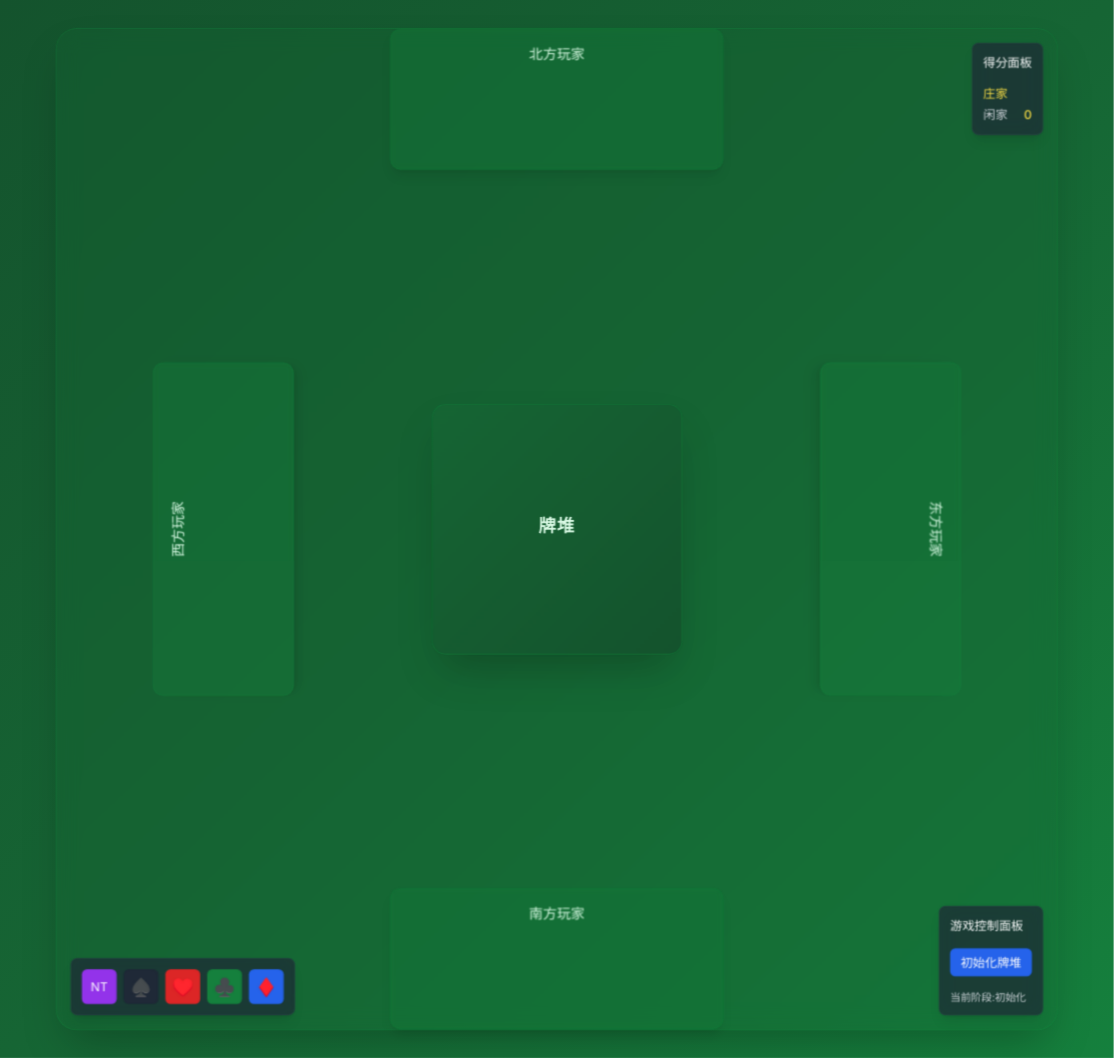
Repository: laofansay/Tractor80
Page: /
These files come from the project's save history. The page is drawn as it stood at one moment and after the next save; the edit follows.
The browser window is 1280 px wide. The pictures show the whole page, at 87% of full size.
The project was rebuilt for these pictures with package versions that can differ from the ones it lists, and the page was loaded fresh each time. The framework's server and built-in components were replaced by stand-ins that run in the browser. Also part of the build but not shown: next.config.js, app/components/Card.tsx.

Above is the page before, as saved 2025-03-08 23:54:25.

### app/layout.tsx
import type { Metadata } from 'next'
import { Inter } from 'next/font/google'
import './globals.css'

const inter = Inter({ subsets: ['latin'] })

export const metadata: Metadata = {
  title: 'Card Game',
  description: 'A Next.js Card Game Application',
}

export default function RootLayout({
  children,
}: {
  children: React.ReactNode
}) {
  return (
    <html lang="en">
      <body className={inter.className}>{children}</body>
    </html>
  )
}

### app/globals.css
@tailwind base;
@tailwind components;
@tailwind utilities;

:root {
  --foreground-rgb: 0, 0, 0;
  --background-start-rgb: 214, 219, 220;
  --background-end-rgb: 255, 255, 255;
}

@media (prefers-color-scheme: dark) {
  :root {
    --foreground-rgb: 255, 255, 255;
    --background-start-rgb: 0, 0, 0;
    --background-end-rgb: 0, 0, 0;
  }
}

body {
  color: rgb(var(--foreground-rgb));
  background: linear-gradient(
    to bottom,
    transparent,
    rgb(var(--background-end-rgb))
  )
  rgb(var(--background-start-rgb));
}

### app/components/AdminPanel.tsx
'use client';

import { useState } from 'react';
import { Card } from './Card';

type GamePhase = 'initial' | 'dealing' | 'trumpSelection' | 'pickBottomCards' | 'bottomCards' | 'playing';
type Position = 'north' | 'east' | 'south' | 'west';

type AdminPanelProps = {
    onInitialize: () => void;
    onDeal: () => void;
    onPickBottomCards: () => void;
    onBottomCards: () => void;
    onStartPlaying: () => void;
    gamePhase: GamePhase;
    deckLength: number;
    bottomCardsLength: number;
    lastRound?: Record<Position, string[]>;
    roundCount?: number;
};

export function AdminPanel({
    onInitialize,
    onDeal,
    onPickBottomCards,
    onBottomCards,
    onStartPlaying,
    gamePhase,
    deckLength,
    bottomCardsLength,
    lastRound = { north: [], east: [], south: [], west: [] },
    roundCount = 0
}: AdminPanelProps) {

    return (
        <div className="absolute bottom-4 right-4 p-3 bg-gray-800/70 rounded-lg backdrop-blur-md border border-gray-700/50 shadow-lg">
            <div className="flex flex-col gap-2">
                <div className="text-white text-sm mb-2 font-medium">游戏控制面板</div>

                {(gamePhase === 'initial' || gamePhase === 'playing') && (
                    <button
                        onClick={onInitialize}
                        className="px-3 py-1.5 bg-blue-600 hover:bg-blue-500 text-white rounded-md transition-colors text-sm"
                    >
                        {gamePhase === 'playing' ? '重新开始' : '初始化牌堆'}
                    </button>
                )}

                {gamePhase === 'initial' && deckLength > 0 && (
                    <button
                        onClick={onDeal}
                        className="px-3 py-1.5 bg-green-600 hover:bg-green-500 text-white rounded-md transition-colors text-sm"
                    >
                        开始发牌
                    </button>
                )}

                {gamePhase === 'pickBottomCards' && (
                    <button
                        onClick={onPickBottomCards}
                        className="px-3 py-1.5 bg-yellow-600 hover:bg-yellow-500 text-white rounded-md transition-colors text-sm"
                    >
                        庄家拾底
                    </button>
                )}

                {gamePhase === 'bottomCards' && (
                    <button
                        onClick={onBottomCards}
                        className="px-3 py-1.5 bg-yellow-600 hover:bg-yellow-500 text-white rounded-md transition-colors text-sm"
                    >
                        庄家扣底
                    </button>
                )}

                {gamePhase === 'bottomCards' && (
                    <button
                        onClick={onStartPlaying}
                        className="px-3 py-1.5 bg-red-600 hover:bg-red-500 text-white rounded-md transition-colors text-sm"
                    >
                        开始出牌
                    </button>
                )}

                <div className="text-gray-300 text-xs mt-2">
                    当前阶段:
                    {gamePhase === 'initial' && '初始化'}
                    {gamePhase === 'dealing' && '发牌中'}
                    {gamePhase === 'trumpSelection' && '亮主阶段'}
                    {gamePhase === 'pickBottomCards' && '庄家拾底'}
                    {gamePhase === 'bottomCards' && '庄家扣底'}
                    {gamePhase === 'playing' && '出牌阶段'}
                </div>
            </div>
        </div>
    );
}

### app/components/SoundEffect.tsx
'use client';

import { audioManager } from './AudioManager';

export class SoundEffect {
    static #instance;

    constructor() {
        // 私有构造函数，确保单例模式
    }

    public static getInstance(): SoundEffect {
        if (!SoundEffect.#instance) {
            SoundEffect.#instance = new SoundEffect();
        }
        return SoundEffect.#instance;
    }

    /**
     * 预加载音效
     * @param soundId 音效ID
     * @param soundPath 音效文件路径
     * @param fallbackSoundPath 备用音效路径（可选）
     */
    public preloadSound(soundId: string, soundPath: string, fallbackSoundPath?: string): void {
        if (typeof window === 'undefined') return; // 服务器端不执行

        // 使用AudioManager来处理音频加载
        audioManager.preloadSound(soundId, soundPath, fallbackSoundPath);
    }

    /**
     * 播放音效
     * @param soundId 音效ID
     * @returns 是否成功播放
     */
    public playSound(soundId: string): boolean {
        if (typeof window === 'undefined') return false; // 服务器端不执行

        // 使用AudioManager来处理音频播放
        return audioManager.playSound(soundId);
    }

    /**
     * 停止播放音效
     * @param soundId 音效ID
     */
    public stopSound(soundId: string): void {
        if (typeof window === 'undefined') return; // 服务器端不执行

        // 使用AudioManager来处理音频停止
        audioManager.stopSound(soundId);
    }

    /**
     * 检查音效是否已加载并可以播放
     * @param soundId 音效ID
     * @returns 是否可以播放
     */
    public canPlaySound(soundId: string): boolean {
        if (typeof window === 'undefined') return false; // 服务器端不执行

        // 使用AudioManager来检查音频是否可以播放
        return audioManager.canPlaySound(soundId);
    }

    /**
     * 启用或禁用所有音效
     * @param enabled 是否启用音效
     */
    public setAudioEnabled(enabled: boolean): void {
        audioManager.setAudioEnabled(enabled);
    }

    /**
     * 获取音效是否启用
     * @returns 音效是否启用
     */
    public isAudioEnabled(): boolean {
        return audioManager.isAudioEnabled();
    }
}

// 导出单例实例
export const soundEffect = SoundEffect.getInstance();

### app/components/ScorePanel.tsx
import React from 'react';

interface ScorePanelProps {
  scores: {
    north: number;
    east: number;
    south: number;
    west: number;
  };
  dealerPosition: Position;
}

type Position = 'north' | 'east' | 'south' | 'west';

export function ScorePanel({ scores, dealerPosition }: ScorePanelProps) {
  // 计算庄家和闲家的总分
  const dealerScore = scores[dealerPosition];
  const nonDealerScore = Object.entries(scores)
    .filter(([position]) => position !== dealerPosition)
    .reduce((total, [_, score]) => total + score, 0);

  return (
    <div className="absolute top-4 right-4 p-3 bg-gray-800/70 rounded-lg backdrop-blur-md border border-gray-700/50 shadow-lg">
      <div className="flex flex-col gap-2">
        <div className="text-white text-sm mb-2 font-medium">得分面板</div>
        <div className="space-y-1">
          <div className="flex justify-between text-sm">
            <span className="text-yellow-300">庄家</span>
            <span className="text-yellow-300 font-medium ml-4">{dealerScore}</span>
          </div>
          <div className="flex justify-between text-sm">
            <span className="text-gray-300">闲家</span>
            <span className="text-yellow-300 font-medium ml-4">{nonDealerScore}</span>
          </div>
        </div>
      </div>
    </div>
  );
}

### app/components/TrumpSelectionPanel.tsx
'use client';

import React from 'react';

type TrumpSelectionPanelProps = {
  onSelectTrump: (trumpSuit: string | null) => void;
  gamePhase: string;
};

export function TrumpSelectionPanel({ onSelectTrump, gamePhase }: TrumpSelectionPanelProps) {
  // 只在亮主阶段显示
  if (gamePhase !== 'trumpSelection') {
    //return null;
  }

  return (
    <div className="absolute bottom-4 left-4 p-3 bg-gray-800/70 rounded-lg backdrop-blur-md border border-gray-700/50 shadow-lg">
      <div className="flex flex-row gap-2">
        <button
          onClick={() => onSelectTrump(null)}
          className="w-10 h-10 bg-purple-600 hover:bg-purple-500 text-white rounded-md transition-colors text-sm flex items-center justify-center"
          title="无主"
        >
          NT
        </button>
        <button
          onClick={() => onSelectTrump('S')}
          className="w-10 h-10 bg-gray-800 hover:bg-gray-700 text-white rounded-md transition-colors text-xl flex items-center justify-center"
          title="黑桃"
        >
          ♠️
        </button>
        <button
          onClick={() => onSelectTrump('H')}
          className="w-10 h-10 bg-red-600 hover:bg-red-500 text-white rounded-md transition-colors text-xl flex items-center justify-center"
          title="红桃"
        >
          ♥️
        </button>
        <button
          onClick={() => onSelectTrump('C')}
          className="w-10 h-10 bg-green-700 hover:bg-green-600 text-white rounded-md transition-colors text-xl flex items-center justify-center"
          title="梅花"
        >
          ♣️
        </button>
        <button
          onClick={() => onSelectTrump('D')}
          className="w-10 h-10 bg-blue-600 hover:bg-blue-500 text-white rounded-md transition-colors text-xl flex items-center justify-center"
          title="方块"
        >
          ♦️
        </button>
      </div>
    </div>
  );
}

### app/components/AudioManager.tsx
'use client';

/**
 * 音频管理器类
 * 提供音效加载、播放和错误处理功能
 */
export class AudioManager {
  private static instance: AudioManager;
  private audioElements: Map<string, HTMLAudioElement> = new Map();
  private fallbackMode: boolean = false;
  private audioEnabled: boolean = true;

  private constructor() {
    // 私有构造函数，确保单例模式
    this.checkAudioSupport();
  }

  public static getInstance(): AudioManager {
    if (!AudioManager.instance) {
      AudioManager.instance = new AudioManager();
    }
    return AudioManager.instance;
  }

  /**
   * 检查浏览器是否支持音频
   */
  private checkAudioSupport(): void {
    if (typeof window === 'undefined') return;

    try {
      const audio = new Audio();
      this.audioEnabled = !!audio && typeof audio.play === 'function';
      if (!this.audioEnabled) {
        console.warn('当前环境不支持音频播放');
      }
    } catch (error) {
      console.error('检查音频支持时出错:', error);
      this.audioEnabled = false;
    }
  }

  /**
   * 预加载音效
   * @param soundId 音效ID
   * @param soundPath 音效文件路径
   * @param fallbackSoundPath 备用音效路径（可选）
   */
  public preloadSound(soundId: string, soundPath: string, fallbackSoundPath?: string): void {
    if (typeof window === 'undefined' || !this.audioEnabled) return;

    if (!this.audioElements.has(soundId)) {
      try {
        // 确保路径正确，添加基础URL前缀
        const fullPath = soundPath.startsWith('/') ? soundPath : `/${soundPath}`;
        const baseUrl = window.location.origin;
        const absolutePath = new URL(fullPath, baseUrl).toString();

        const audio = new Audio();
        audio.preload = 'auto';

        // 添加加载错误处理
        audio.addEventListener('error', (e) => {
          const errorDetails = {
            code: audio.error?.code,
            message: audio.error?.message,
            path: absolutePath
          };
          console.error(`音效 ${soundId} 加载失败:`, errorDetails);

          // 尝试加载备用音效
          if (fallbackSoundPath && !this.fallbackMode) {
            console.log(`尝试加载备用音效: ${fallbackSoundPath}`);
            this.fallbackMode = true;
            this.preloadSound(soundId, fallbackSoundPath);
          }
        });

        // 添加加载成功处理
        audio.addEventListener('canplaythrough', () => {
          console.log(`音效 ${soundId} 加载成功，可以播放`);
        });

        // 设置音频源
        audio.src = absolutePath;

        this.audioElements.set(soundId, audio);
      } catch (error) {
        console.error(`音效 ${soundId} 初始化失败:`, error);
      }
    }
  }

  /**
   * 播放音效
   * @param soundId 音效ID
   * @returns 是否成功播放
   */
  public playSound(soundId: string): boolean {
    if (typeof window === 'undefined' || !this.audioEnabled) return false;

    const audio = this.audioElements.get(soundId);
    if (audio) {
      // 检查音频是否已加载并可以播放
      if (audio.error) {
        console.error(`音效 ${soundId} 无法播放，加载失败:`, audio.error);
        return false;
      }

      // 检查音频是否已经加载足够的数据可以播放
      if (audio.readyState < 2) { // HAVE_CURRENT_DATA or higher
        console.warn(`音效 ${soundId} 尚未加载完成，无法播放`);
        return false;
      }

      try {
        // 重置音频以便重复播放
        audio.currentTime = 0;
        const playPromise = audio.play();

        if (playPromise !== undefined) {
          playPromise.catch(error => {
            console.error(`播放音效 ${soundId} 失败:`, error);
          });
        }
        return true;
      } catch (error) {
        console.error(`播放音效 ${soundId} 时出错:`, error);
        return false;
      }
    } else {
      console.warn(`音效 ${soundId} 未预加载`);
      return false;
    }
  }

  /**
   * 停止播放音效
   * @param soundId 音效ID
   */
  public stopSound(soundId: string): void {
    if (typeof window === 'undefined' || !this.audioEnabled) return;

    const audio = this.audioElements.get(soundId);
    if (audio) {
      try {
        audio.pause();
        audio.currentTime = 0;
      } catch (error) {
        console.error(`停止音效 ${soundId} 时出错:`, error);
      }
    }
  }

  /**
   * 检查音效是否已加载并可以播放
   * @param soundId 音效ID
   * @returns 是否可以播放
   */
  public canPlaySound(soundId: string): boolean {
    if (typeof window === 'undefined' || !this.audioEnabled) return false;

    const audio = this.audioElements.get(soundId);
    if (!audio) return false;

    // 检查音频元素是否有错误
    if (audio.error) return false;

    // 检查音频是否已经加载足够的数据可以播放
    return audio.readyState >= 2; // HAVE_CURRENT_DATA or higher
  }

  /**
   * 启用或禁用所有音效
   * @param enabled 是否启用音效
   */
  public setAudioEnabled(enabled: boolean): void {
    this.audioEnabled = enabled;
  }

  /**
   * 获取音效是否启用
   * @returns 音效是否启用
   */
  public isAudioEnabled(): boolean {
    return this.audioEnabled;
  }

  /**
   * 创建一个简单的音效（用于在无法加载外部音效时使用）
   * @param frequency 频率（赫兹）
   * @param duration 持续时间（毫秒）
   * @param volume 音量（0-1）
   * @returns 音频元素
   */
  public createToneSound(frequency: number = 440, duration: number = 200, volume: number = 0.5): HTMLAudioElement | null {
    if (typeof window === 'undefined' || !this.audioEnabled) return null;

    try {
      // 检查是否支持Web Audio API
      if (!window.AudioContext && !(window as any).webkitAudioContext) {
        console.warn('当前浏览器不支持Web Audio API');
        return null;
      }

      const AudioContext = window.AudioContext || (window as any).webkitAudioContext;
      const audioCtx = new AudioContext();

      // 创建振荡器
      const oscillator = audioCtx.createOscillator();
      oscillator.type = 'sine';
      oscillator.frequency.setValueAtTime(frequency, audioCtx.currentTime);

      // 创建音量控制
      const gainNode = audioCtx.createGain();
      gainNode.gain.setValueAtTime(volume, audioCtx.currentTime);

      // 连接节点
      oscillator.connect(gainNode);
      gainNode.connect(audioCtx.destination);

      // 创建音频元素
      const audio = new Audio();

      // 开始振荡
      oscillator.start();

      // 设置定时器停止振荡
      setTimeout(() => {
        oscillator.stop();
        audioCtx.close();
      }, duration);

      return audio;
    } catch (error) {
      console.error('创建音效失败:', error);
      return null;
    }
  }
}

// 导出单例实例
export const audioManager = AudioManager.getInstance();

Loaded but not shown: tailwind.config.js (19 lines, source omitted); app/page.tsx (581 lines, source omitted); app/components/CardArea.tsx (205 lines, source omitted)

After the next save:
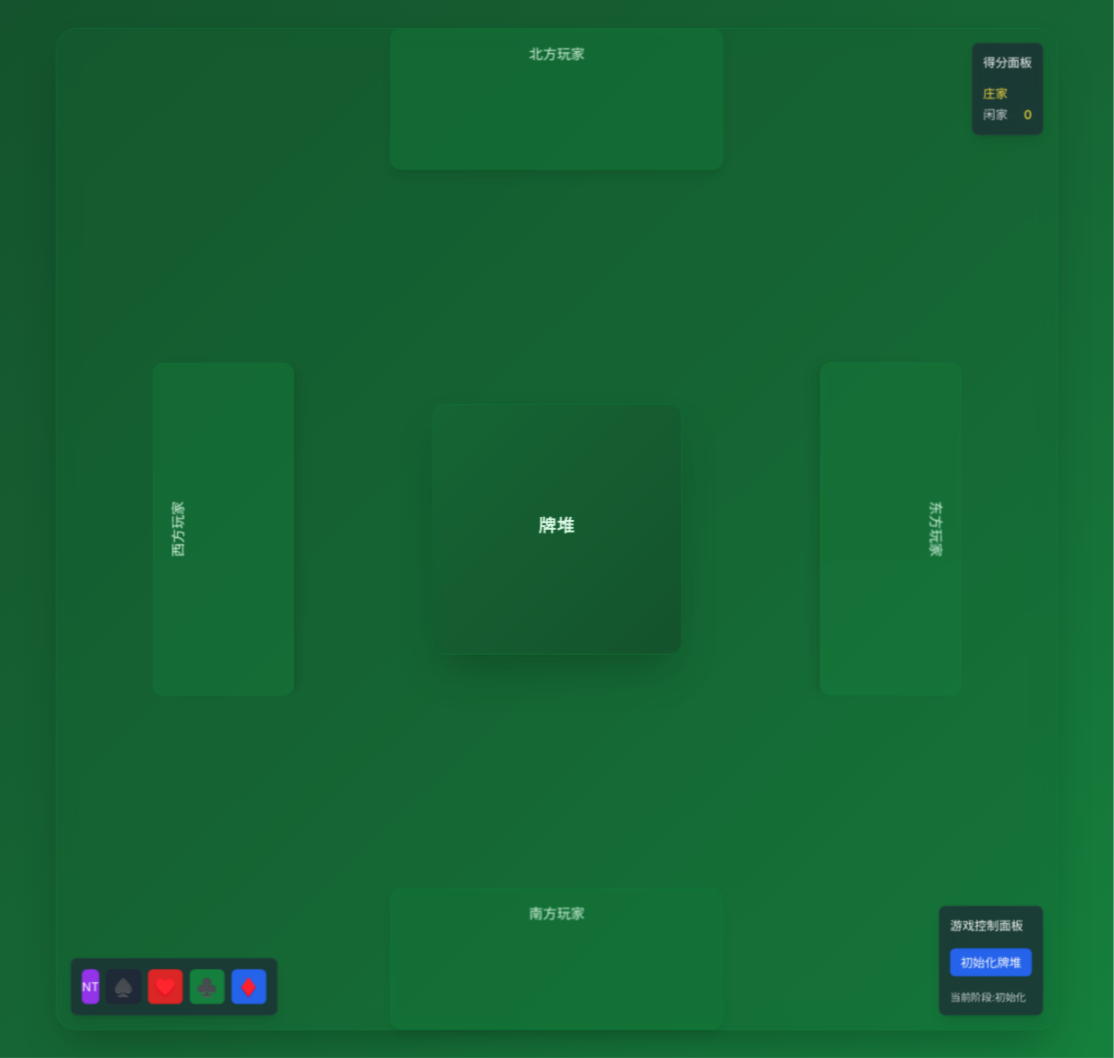
Saved 63 s later.
--- a/app/components/TrumpSelectionPanel.tsx
+++ b/app/components/TrumpSelectionPanel.tsx
@@ -18,7 +18,7 @@
       <div className="flex flex-row gap-2">
         <button
           onClick={() => onSelectTrump(null)}
-          className="w-10 h-10 bg-purple-600 hover:bg-purple-500 text-white rounded-md transition-colors text-sm flex items-center justify-center"
+          className="w-30 h-30 bg-purple-600 hover:bg-purple-500 text-white rounded-md transition-colors text-sm flex items-center justify-center"
           title="无主"
         >
           NT

After the save that followed:
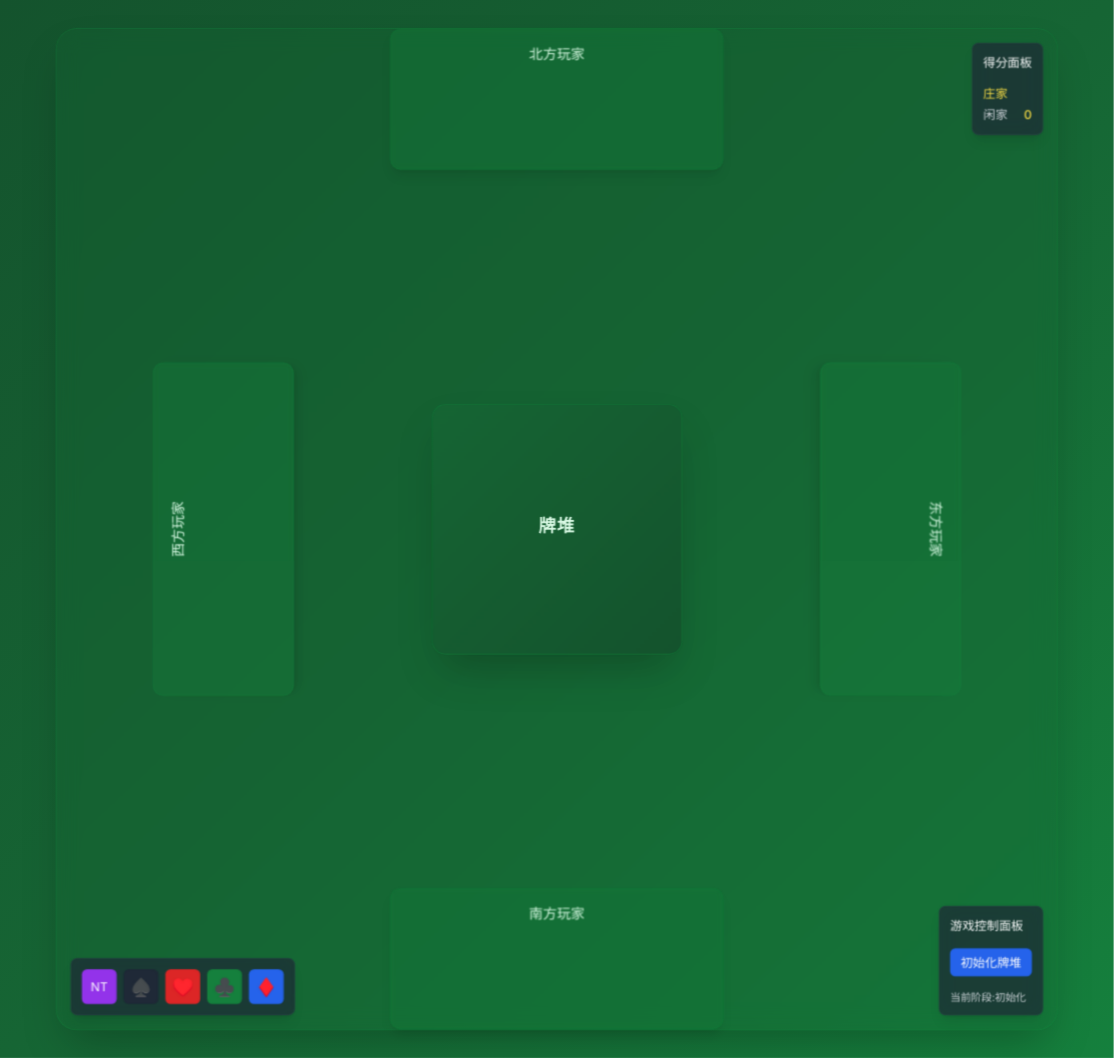
Saved 12 s later.
--- a/app/components/TrumpSelectionPanel.tsx
+++ b/app/components/TrumpSelectionPanel.tsx
@@ -18,7 +18,7 @@
       <div className="flex flex-row gap-2">
         <button
           onClick={() => onSelectTrump(null)}
-          className="w-30 h-30 bg-purple-600 hover:bg-purple-500 text-white rounded-md transition-colors text-sm flex items-center justify-center"
+          className="w-10 h-10 bg-purple-600 hover:bg-purple-500 text-white rounded-md transition-colors text-sm flex items-center justify-center"
           title="无主"
         >
           NT
